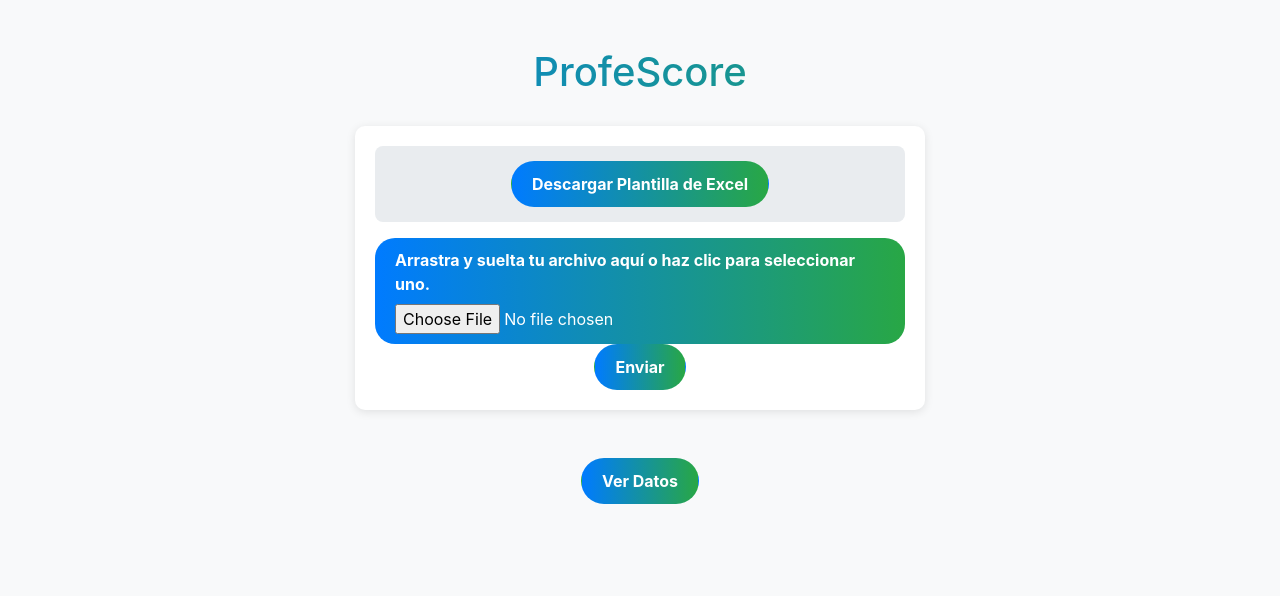
Repository: Sasonyera/ProfeScore
Page: http://localhost/index
The author's editor kept a copy of each file at every save. The page is drawn from the files as they stood at one save, then again after the next save.
The browser window is 1280 px wide. The pictures show the whole page.
The page is this project's Thymeleaf template; nobody is signed in. The template is opened directly, without the code that normally fills it, so the values that code supplies are empty.

Above is the page before, as saved 2024-10-18 21:27:27.

### profescore/src/main/resources/templates/index.html
<!DOCTYPE html>
<html lang="es">
<head>
	<link rel="icon" href="/favi1.png" type="image/png">
    <meta charset="UTF-8">
    <title>ProfeScore</title>
    <!-- Bootstrap CSS -->
    <link rel="stylesheet" href="https://maxcdn.bootstrapcdn.com/bootstrap/4.0.0/css/bootstrap.min.css">

	<link rel="stylesheet" href="/styles.css">

</head>

<body>
    <div class="container mt-5 mb-5">
        <h1 class="text-center title">ProfeScore</h1>
        <div class="row justify-content-center">
            <div class="col-md-6 form-container">
                <div class="button-group text-center mb-3">
                    <button id="downloadTemplate" class="btn btn-custom">Descargar Plantilla de Excel</button>
                </div>
                <form id="uploadForm">
                    <div class="form-group file-upload" id="fileDropArea">
                        <label for="excelFile">Arrastra y suelta tu archivo aquí o haz clic para seleccionar uno.</label>
                        <input type="file" id="excelFile" name="file" accept=".xlsx, .xls" onchange="updateFileName()">
                        <div id="fileName" class="file-name"></div>
                    </div>
                    <button type="submit" class="btn btn-custom" id="btnEnviar">Enviar</button>
                </form>
            </div>
        </div>
    </div>

    <!-- Modal para mostrar mensajes -->
    <div class="modal fade" id="responseModal" tabindex="-1" role="dialog" aria-labelledby="responseModalLabel" aria-hidden="true">
      <div class="modal-dialog" role="document">
        <div class="modal-content">
          <div class="modal-header">
            <h4 class="modal-title" id="responseModalLabel"></h4>
            <button type="button" class="close" data-dismiss="modal" aria-label="Cerrar">
              <span aria-hidden="true">&times;</span>
            </button>
          </div>
          <div class="modal-body" id="responseMessage"></div>
          <div class="modal-footer">
            <button type="button" class="btn btn-secondary" data-dismiss="modal">Cerrar</button>
          </div>
        </div>
      </div>
    </div>
	<div class="container mt-5 mb-5">
	        <!-- ... -->
			<div class="text-center mt-4">
			    <a href="/ver-datos" class="btn btn-custom">Ver Datos</a>
			</div>

	    </div>

    <!-- Scripts necesarios -->
    <!-- Versión completa de jQuery -->
    <script src="https://code.jquery.com/jquery-3.6.0.min.js"></script>
    <!-- Popper.js y Bootstrap JS -->
    <script src="https://cdnjs.cloudflare.com/ajax/libs/popper.js/1.14.7/umd/popper.min.js"></script>
    <script src="https://maxcdn.bootstrapcdn.com/bootstrap/4.0.0/js/bootstrap.min.js"></script>
    <!-- Tu archivo script.js -->
    <script src="script.js"></script>
</body>
</html>

### profescore/src/main/resources/static/styles.css
body {
    background-color: #f8f9fa;
}

.form-container {
    background-color: #ffffff;
    padding: 20px;
    border-radius: 10px;
    box-shadow: 0 2px 10px rgba(0, 0, 0, 0.1);
}

.button-group {
    background-color: #e9ecef;
    padding: 15px;
    border-radius: 8px;
    margin-bottom: 20px;
    text-align: center;
}

.btn-custom {
    background: linear-gradient(90deg, #007bff, #28a745);
    color: white;
    font-weight: bold;
    border-radius: 30px;
    padding: 10px 20px;
    transition: background 0.3s;
    margin: auto;
    display: block;
    width: fit-content;
}

.btn-custom:hover {
    background: linear-gradient(90deg, #0056b3, #218838);
}
#fileDropArea{
	background: linear-gradient(90deg, #007bff, #28a745);
	   color: white;
	   font-weight: bold;
	   border-radius: 20px;
	   padding: 10px 20px;
	   transition: background 0.3s;
	   margin: 0 auto;
	   display: block;
	   width: fit-content;
}

.title {
    font-size: 2.5rem;
    background: linear-gradient(90deg, #007bff, #28a745);
    -webkit-background-clip: text;
    -webkit-text-fill-color: transparent;
    margin-bottom: 30px;
}

.custom-table {
    background-color: #ffffff;
    border-radius: 10px;
    overflow: hidden;
    box-shadow: 0 2px 10px rgba(0, 0, 0, 0.1);
}

.custom-table th {
    background: linear-gradient(90deg, #007bff, #28a745);
    color: white;
    text-align: center;
}

.custom-table td {
    text-align: center;
}

.custom-table tr:nth-child(even) {
    background-color: #f2f2f2;
}

.custom-table tr:hover {
    background-color: #e9ecef;
}

### profescore/src/main/resources/static/script.js
// Manejar el clic en el botón de descarga de la plantilla
document.getElementById('downloadTemplate').addEventListener('click', function() {
    window.location.href = '/download-template';
});

// Mostrar el nombre del archivo seleccionado
function updateFileName() {
    const input = document.getElementById('excelFile');
    const fileNameDisplay = document.getElementById('fileName');
    const fileName = input.files.length > 0 ? input.files[0].name : '';
    fileNameDisplay.textContent = fileName ? `Archivo seleccionado: ${fileName}` : '';
}

// Lógica de arrastrar y soltar archivos
const dropArea = document.getElementById('fileDropArea');

dropArea.addEventListener('dragover', (e) => {
    e.preventDefault();
    dropArea.classList.add('dragging');
});

dropArea.addEventListener('dragleave', () => {
    dropArea.classList.remove('dragging');
});

dropArea.addEventListener('drop', (e) => {
    e.preventDefault();
    dropArea.classList.remove('dragging');

    const input = document.getElementById('excelFile');
    const file = e.dataTransfer.files[0];

    if (file && (file.name.endsWith(".xls") || file.name.endsWith(".xlsx"))) {
        input.files = e.dataTransfer.files;
        updateFileName();
    } else {
        alert('Por favor, sube un archivo Excel válido (.xls o .xlsx).');
    }
});

// Permitir hacer clic en el área de carga para abrir el diálogo de selección de archivos
dropArea.addEventListener('click', () => {
    document.getElementById('excelFile').click();
});

// Envío del formulario usando fetch
document.getElementById('uploadForm').addEventListener('submit', function(e) {
    e.preventDefault();

    const inputFile = document.getElementById('excelFile');

    if (inputFile.files.length === 0) {
        showModal('Fallo el Envío', 'Por favor, selecciona un archivo.');
        return;
    }

    const formData = new FormData();
    formData.append('file', inputFile.files[0]);

    fetch('/upload-excel', {
        method: 'POST',
        body: formData
    })
    .then(response => response.text())
    .then(data => {
        if (data === 'success') {
            showModal('Envío Correcto', 'El archivo se ha enviado correctamente.');
			setTimeout(function() {
			    location.reload();
			}, 2000);
        } else {
            showModal('Fallo el Envío', data);
			setTimeout(function() {
			    location.reload();
			}, 2000);
        }
    })
    .catch(error => {
        console.error('Error:', error);
        showModal('Fallo el Envío', 'Ocurrió un error al enviar el archivo.');
		setTimeout(function() {
		    location.reload();
		}, 2000);
    });
});

// Función para mostrar el modal con mensajes
function showModal(title, message) {
    document.getElementById('responseModalLabel').innerText = title;
    document.getElementById('responseMessage').innerText = message;
    $('#responseModal').modal('show');
}

After the next save:
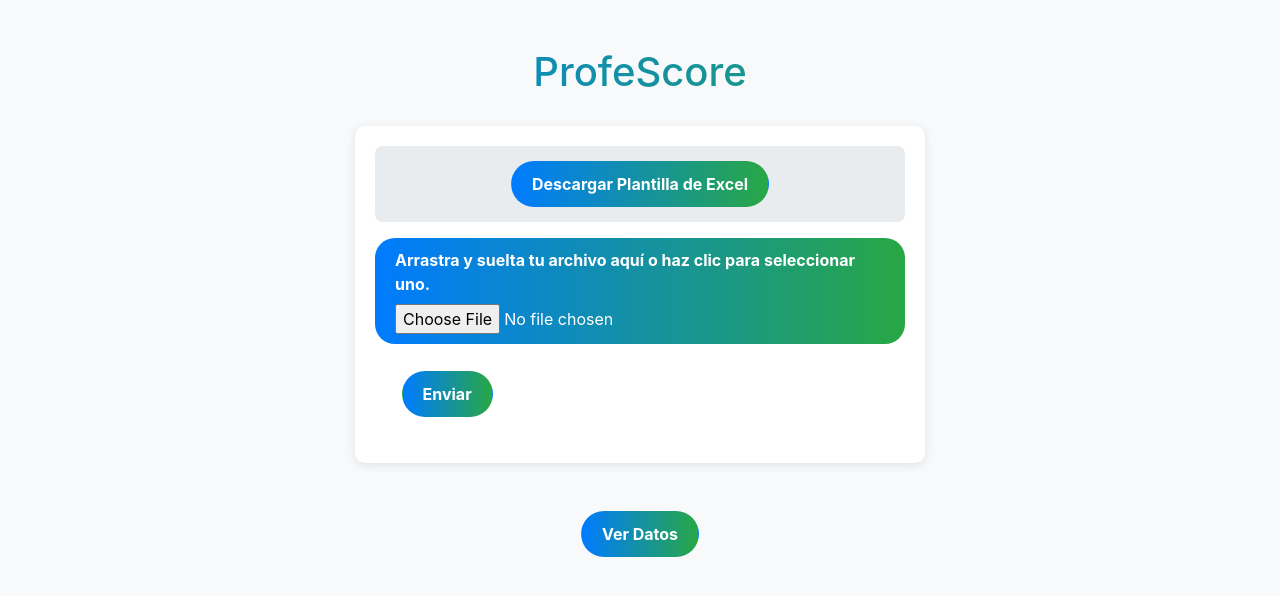
Saved 51 s later.
--- a/profescore/src/main/resources/static/styles.css
+++ b/profescore/src/main/resources/static/styles.css
@@ -27,6 +27,9 @@ body {
     margin: auto;
     display: block;
     width: fit-content;
+}
+#btnEnviar{
+	margin:5%;
 }
 
 .btn-custom:hover {
